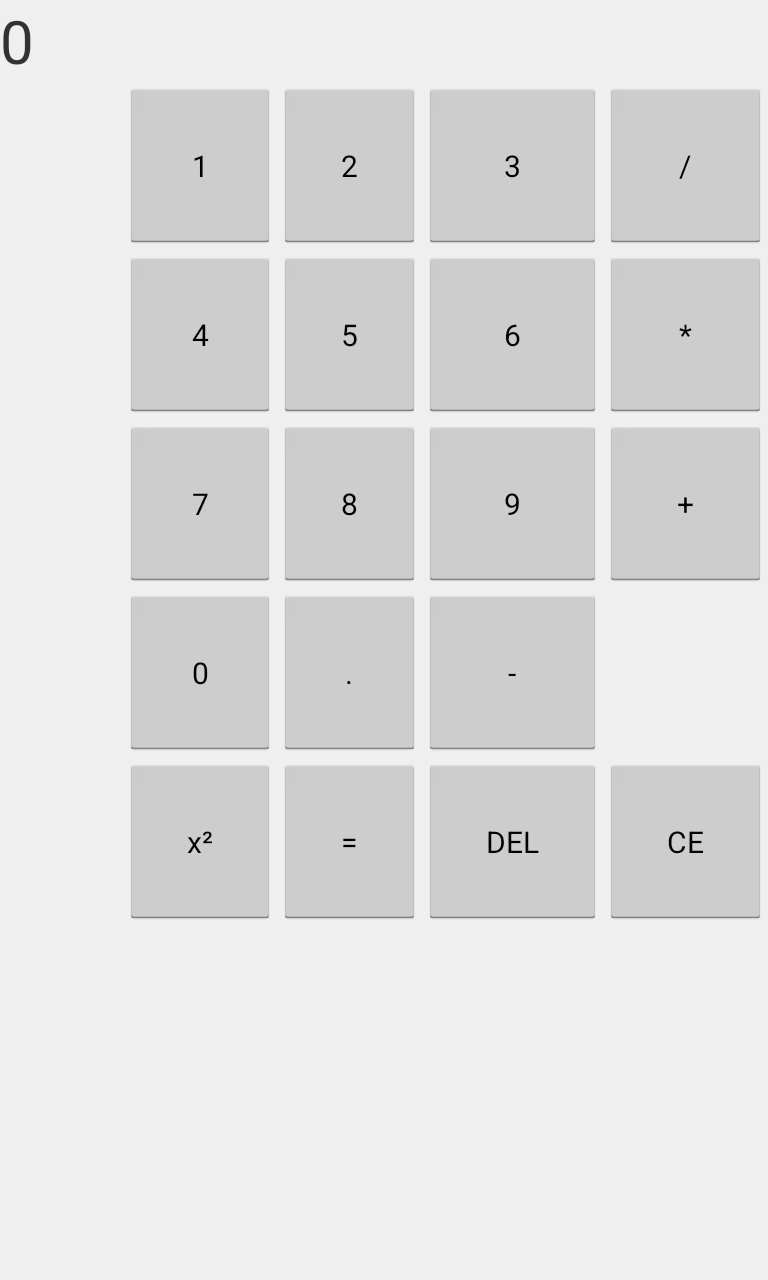
Repository: mariofer82/Calculadora
Layout: Aplicacion1/res/layout/activity_main.xml
These files come from the project's save history. The layout is drawn as it stood at one moment and after the next save; the edit follows.
It is drawn on a 768 x 1280 px phone screen (xhdpi) without system bars, with theme AppTheme; the app's code is not run.

Above is the layout before, as saved 2013-08-23 16:46:25.

### Aplicacion1/res/layout/activity_main.xml


    <LinearLayout xmlns:android="http://schemas.android.com/apk/res/android"
android:orientation="vertical"
android:layout_width="fill_parent"
android:layout_height="fill_parent"
android:background="#1111"
>

<TextView
android:id="@+id/Resultado"
android:textSize="30sp"
android:layout_width="fill_parent"
android:layout_height="wrap_content"
android:text="0"
/>

<TableLayout xmlns:android="http://schemas.android.com/apk/res/android"
android:layout_width="fill_parent"
android:layout_height="fill_parent"
android:stretchColumns="1"
>
<TableRow>
<Button
android:layout_column="4"
android:id="@+id/Boton1"
android:layout_width="wrap_content"
android:layout_height="wrap_content"
android:text="1"
android:textSize="15dp"
android:padding="32dp"
>
</Button>
<Button
android:layout_column="4"
android:id="@+id/Boton2"
android:layout_width="wrap_content"
android:layout_height="wrap_content"
android:text="2"
android:textSize="15dp"
android:padding="32dp"
>


</Button>
<Button
android:layout_column="4"
android:id="@+id/Boton3"
android:layout_width="wrap_content"
android:layout_height="wrap_content"
android:text="3"
android:textSize="15dp"
android:padding="32dp"

>

</Button>
<Button
android:layout_column="4"
android:id="@+id/Botondiv"
android:layout_width="wrap_content"
android:layout_height="wrap_content"
android:text="/"
android:textSize="15dp"
android:padding="32dp"
>

</Button>
</TableRow>
<TableRow>
<Button
android:layout_column="4"
android:id="@+id/Boton4"
android:layout_width="wrap_content"
android:layout_height="wrap_content"
android:text="4"
android:textSize="15dp"
android:padding="32dp"

>

</Button>
<Button
android:layout_column="4"
android:id="@+id/Boton5"
android:layout_width="wrap_content"
android:layout_height="wrap_content"
android:text="5"
android:textSize="15dp"
android:padding="32dp"

>

</Button>
<Button
android:layout_column="4"
android:id="@+id/Boton6"
android:layout_width="wrap_content"
android:layout_height="wrap_content"
android:text="6"
android:textSize="15dp"
android:padding="32dp"

>

</Button>
<Button
android:layout_column="4"
android:id="@+id/Botonmulti"
android:layout_width="wrap_content"
android:layout_height="wrap_content"
android:text="*"
android:textSize="15dp"
android:padding="32dp"

>

</Button>
</TableRow>
<TableRow>
<Button
android:layout_column="4"
android:id="@+id/Boton7"
android:layout_width="wrap_content"
android:layout_height="wrap_content"
android:text="7"

android:textSize="15dp"
android:padding="32dp"
>

</Button>

<Button
android:layout_column="4"
android:id="@+id/Boton8"
android:layout_width="wrap_content"
android:layout_height="wrap_content"
android:text="8"
android:textSize="15dp"
android:padding="32dp"

>

</Button>
<Button
android:layout_column="4"
android:id="@+id/Boton9"
android:layout_width="wrap_content"
android:layout_height="wrap_content"
android:text="9"
android:textSize="15dp"
android:padding="32dp"

>

</Button>
<Button
android:layout_column="4"
android:id="@+id/Botonsuma"
android:layout_width="wrap_content"
android:layout_height="wrap_content"
android:text="+"
android:textSize="15dp"
android:padding="32dp"
>

</Button>
</TableRow>
<TableRow>
<Button
android:layout_column="4"
android:id="@+id/Boton0"
android:layout_width="wrap_content"
android:layout_height="wrap_content"
android:text="0"
android:textSize="15dp"
android:padding="32dp"
>

</Button>
<Button
android:layout_column="4"
android:id="@+id/Botonpunto"
android:layout_width="wrap_content"
android:layout_height="wrap_content"
android:text="."
android:textSize="15dp"
android:padding="32dp"
>

</Button>
<Button
android:layout_column="4"
android:id="@+id/Botonresta"
android:layout_width="wrap_content"
android:layout_height="wrap_content"
android:text="-"
android:textSize="15dp"
android:padding="32dp"
>

</Button>

</TableRow>







<TableRow>


<Button
android:layout_column="4"
android:id="@+id/Botonexp"
android:layout_width="wrap_content"
android:layout_height="wrap_content"
android:text="x²"
android:textSize="15dp"
android:padding="32dp"
>

</Button>
<Button
android:layout_column="4"
android:id="@+id/Botonigual"
android:layout_width="wrap_content"
android:layout_height="wrap_content"
android:text="="
android:textSize="15dp"
android:padding="32dp"
>

</Button>

<Button
android:layout_column="4"
android:id="@+id/DEL"
android:layout_width="wrap_content"
android:layout_height="wrap_content"
android:text="DEL"

android:textSize="15dp"
android:padding="32dp"
>

</Button>
<Button
android:layout_column="4"
android:id="@+id/CE"
android:layout_width="wrap_content"
android:layout_height="wrap_content"
android:text="CE"


android:textSize="15dp"
android:padding="32dp"
>

</Button>
</TableRow>
</TableLayout>
</LinearLayout>

Loaded but not shown: Aplicacion1/res/values/styles.xml (common file); Aplicacion1/res/values-v11/styles.xml (common file); Aplicacion1/res/values-v14/styles.xml (common file)

After the next save:
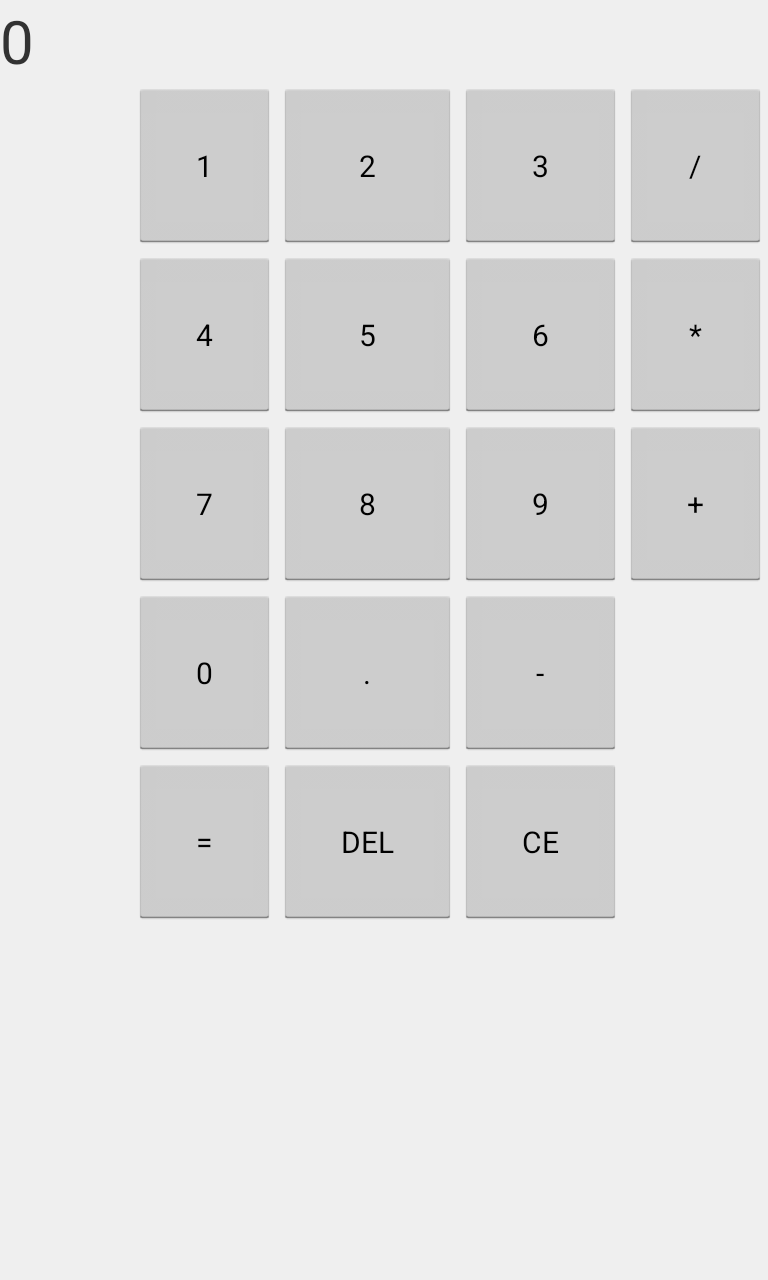
Saved 44 s later.
--- a/Aplicacion1/res/layout/activity_main.xml
+++ b/Aplicacion1/res/layout/activity_main.xml
@@ -205,25 +205,9 @@ android:padding="32dp"
 </TableRow>
 
 
-
-
-
-
-
-<TableRow>
-
-
-<Button
-android:layout_column="4"
-android:id="@+id/Botonexp"
-android:layout_width="wrap_content"
-android:layout_height="wrap_content"
-android:text="x²"
-android:textSize="15dp"
-android:padding="32dp"
->
-
-</Button>
+<TableRow>
+
+
 <Button
 android:layout_column="4"
 android:id="@+id/Botonigual"
